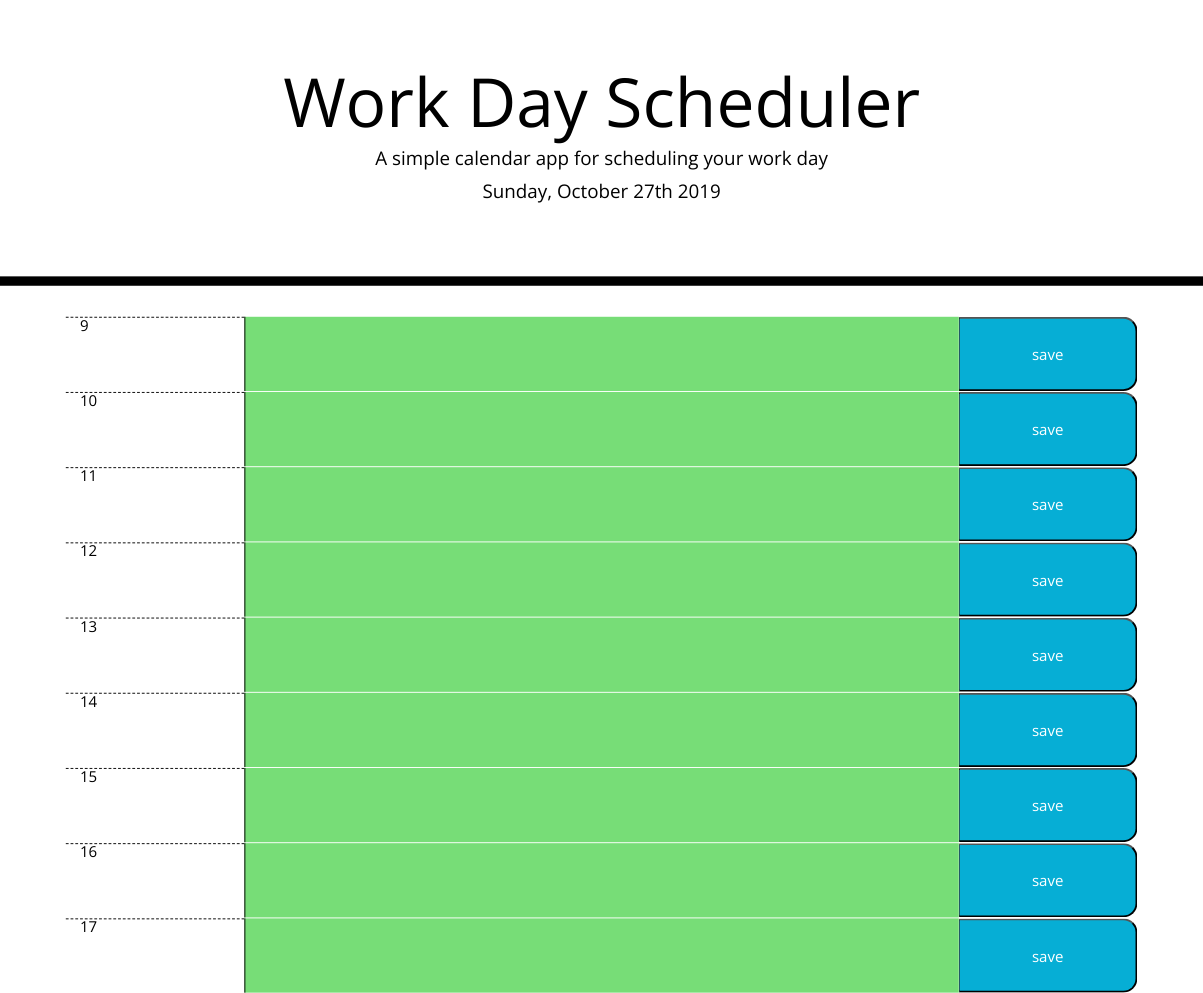
Repository: s88leigh/Day-Planner
Page: Develop/index.html
The author's editor kept a copy of each file at every save. The page is drawn from the files as they stood at one save, then again after the next save.
The browser window is 1280 px wide. The pictures show the whole page, at 94% of full size.
Some web libraries are served in a nearby version.

Above is the page before, as saved 2019-10-27 17:14:43.

### Develop/index.html
<!DOCTYPE html>
<html lang="en">
  <head>
    <meta charset="UTF-8" />
    <meta name="viewport" content="width=device-width, initial-scale=1.0" />
    <meta http-equiv="X-UA-Compatible" content="ie=edge" />
    <link
      rel="stylesheet"
      href="https://stackpath.bootstrapcdn.com/bootstrap/4.3.1/css/bootstrap.min.css"
    />
    <link
      rel="stylesheet"
      href="https://use.fontawesome.com/releases/v5.8.1/css/all.css"
      integrity="sha384-50oBUHEmvpQ+1lW4y57PTFmhCaXp0ML5d60M1M7uH2+nqUivzIebhndOJK28anvf"
      crossorigin="anonymous"
    />
    <link
      href="https://fonts.googleapis.com/css?family=Open+Sans&display=swap"
      rel="stylesheet"
    />
    <link rel="stylesheet" href="style.css" />
    <title>Work Day Scheduler</title>
  </head>

  <body>
    <script src="lib\moment\moment.min.js"></script>

    <header class="jumbotron">
      <h1 class="display-3">Work Day Scheduler</h1>
      <p class="lead">A simple calendar app for scheduling your work day</p>
      <p id="currentDay" class="lead">9:00</p>
    </header>
    <div class="container">
      <!-- Timeblocks go here -->

   </div>










    <script src="https://code.jquery.com/jquery-3.4.1.min.js"></script>
    <script src="https://cdnjs.cloudflare.com/ajax/libs/moment.js/2.24.0/moment.min.js"></script>
    <script src="script.js"></script>
    </body>
</html>

### Develop/style.css
body {
  font-family: 'Open Sans', sans-serif;
  font-size: 16px;
  line-height: 1;
}

textarea{
  background: transparent;
  border: none;
  resize: none;
  color: #000000;
  border-left: 1px solid black;
  padding: 10px;
}

.jumbotron {
  text-align: center;
  background-color: transparent;
  color: black;
  border-radius: 0;
  border-bottom: 10px solid black;
}

.description{
  white-space: pre-wrap;
}

.time-block{
  text-align: center;
  border-radius: 15px;
}

.row {
  white-space: pre-wrap;
  height: 80px;
  border-top: 1px solid white;;
}

.hour {
  background-color: #ffffff;
  color: #000000;
  border-top: 1px dashed #000000;
}

.past {
  background-color: #d3d3d3;
  /* color: white; */
}

.present {
  background-color: #ff6961;
  /* color: white; */
}

.future {
  background-color: #77dd77;
  /* color: white; */
}

.saveBtn {
  border-left: 1px solid black;
  border-top-right-radius: 15px;
  border-bottom-right-radius: 15px;
  background-color: #06AED5;
  color: white;
}

.saveBtn i:hover {
  font-size: 20px;
  transition: all .3s ease-in-out;
}

### Develop/script.js
var startTime = 9;
var endTime = 17;
const curDay = document.querySelector(".currentDay");
const now = moment();

function updateTime(){

  const date = now.format("dddd, MMMM Do YYYY");

  currentDay.textContent = date;
}
setInterval (updateTime , 1000)
updateTime();


for(i = startTime; i <= endTime; i++) {
    newRow = $("<div>");
    newRow.addClass("row");

    hour = $("<div>");
    hour.addClass("col-2 hour");
    hour.text(i);


    dailyTask = $("<textarea>");
    dailyTask.addClass("col-8");
    dailyTask.addClass("future");

    saveButton = $("<button>");
    saveButton.addClass("col-2 saveBtn");
    saveButton.addClass("saveBtn i:hover");
    saveButton.text("save");

    newRow.append(hour, dailyTask, saveButton);
    $(".container").append(newRow);
}


// var saveButton = $(".saveBtn");

//  var inputTask = $(".col-8").value;

// $(".saveBtn").on("click", function(){

//   var input = inputTask;
//   input.textContent=value;

//  if (input && value) {
//    localStorage.setItem("input", input);
//  }
  // console.log("clicked save button");
    // });

    // // Get id of element clicked by user
    // $(".row").click(function(event) {
    //   dailyTaskInput = event.target.class;

    // }


    // var saveButton=JSON.stringify(value);
    // localStorage.setItem("saveButton", saveButtonJSON);

Loaded but not shown: Develop/lib/moment/moment.min.js (library)

After the next save:
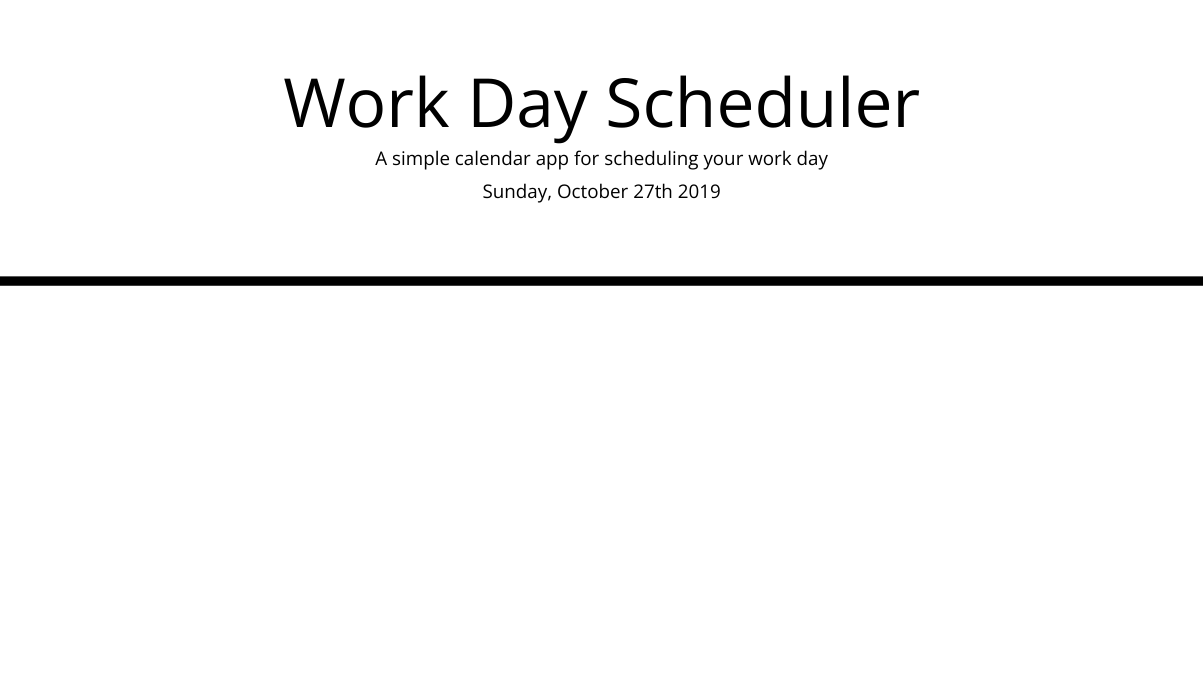
Console error: ReferenceError: T is not defined
Saved 4 s later.
--- a/Develop/script.js
+++ b/Develop/script.js
@@ -20,7 +20,7 @@
     hour = $("<div>");
     hour.addClass("col-2 hour");
     hour.text(i);
-
+    T
 
     dailyTask = $("<textarea>");
     dailyTask.addClass("col-8");

After the 5 saves that followed:
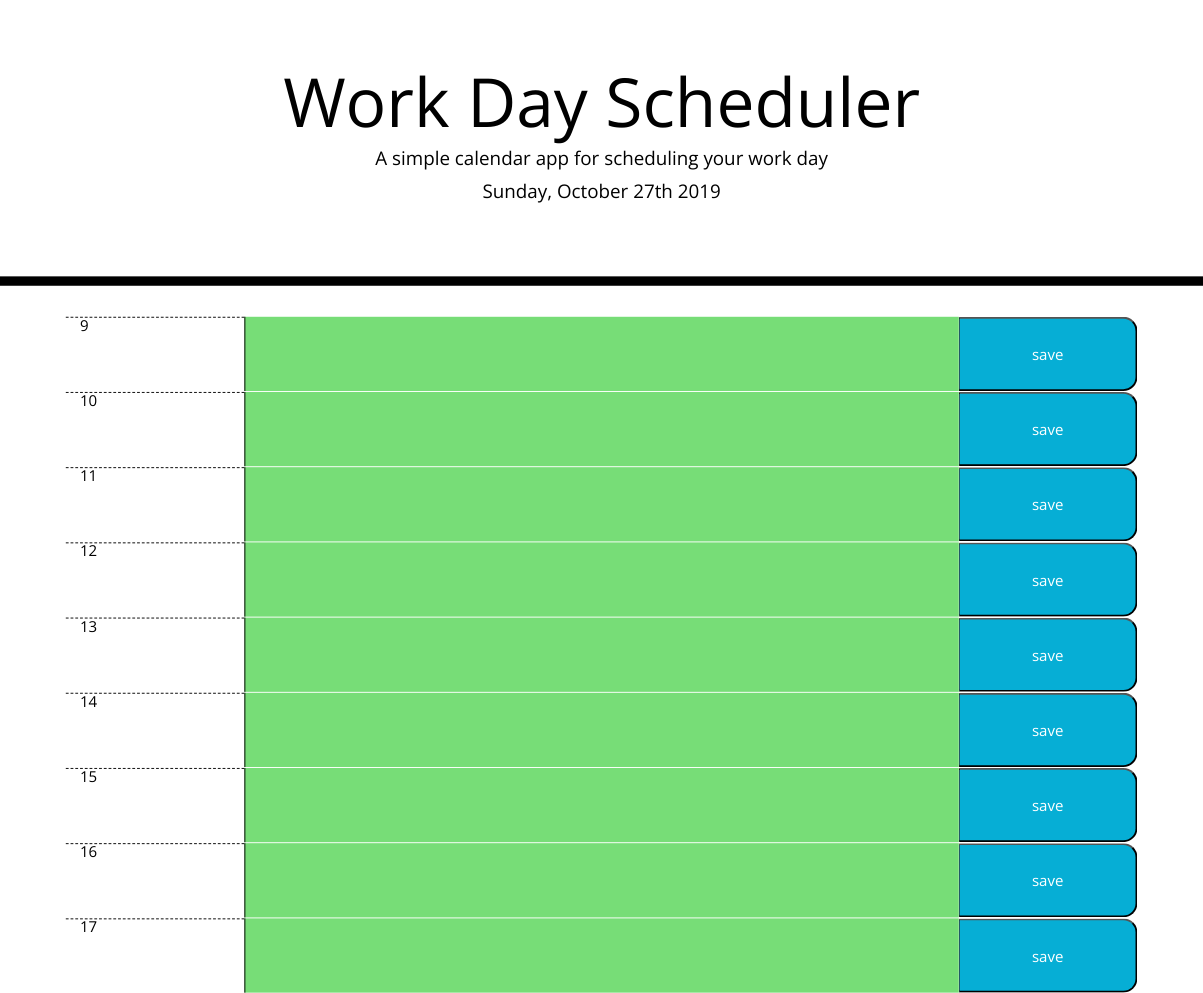
The error is gone.
The 5 saves are shown as one change because 1 left the picture as it was and some came seconds apart.
The last was saved 14 s later.
--- a/Develop/script.js
+++ b/Develop/script.js
@@ -20,7 +20,7 @@
     hour = $("<div>");
     hour.addClass("col-2 hour");
     hour.text(i);
-    T
+    Time1 = moment(i,)
 
     dailyTask = $("<textarea>");
     dailyTask.addClass("col-8");
